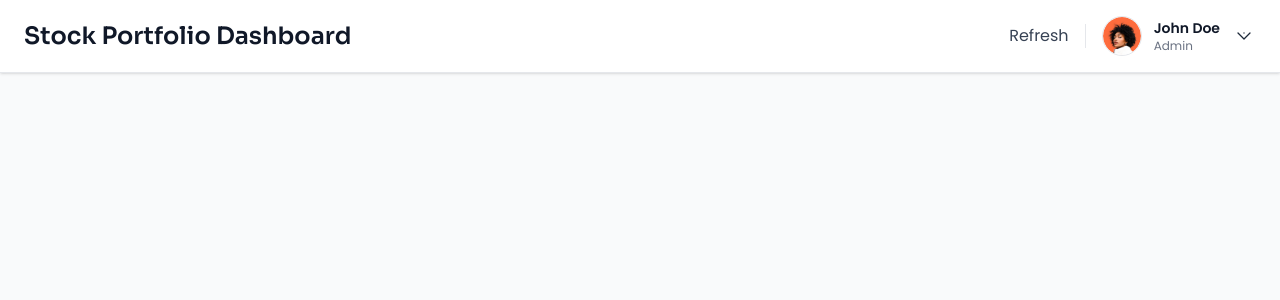
Repository: jabir12-12/inten-project
Page: /
The author's editor kept a copy of each file at every save. The page is drawn from the files as they stood at one save, then again after the next save.
The browser window is 1280 px wide. The pictures show the whole page.
The project was rebuilt for these pictures with package versions that can differ from the ones it lists, and the page was loaded fresh each time. The framework's server and built-in components were replaced by stand-ins that run in the browser. Also part of the build but not shown: next.config.ts.

Above is the page before, as saved 2025-05-17 13:22:33.

### src/pages/index.tsx
'use client';
import React, { useState } from 'react';
import Image from 'next/image';

export default function Home() {

  return (
    <div className="bg-gray-50 min-h-screen flex flex-col">
      {/* Header */}
      <header className="sticky top-0 z-10 flex justify-between px-4 md:px-6 py-3 md:py-4 bg-white border-b border-gray-200 shadow-sm items-center">
        <div className="flex items-center">
          <h1 className="text-gray-900 font-semibold text-xl md:text-2xl">Stock Portfolio Dashboard</h1>
        </div>
        <div className="flex items-center gap-2 md:gap-4">
          <button className="hidden md:block hover:text-blue-600 text-gray-700 transition-colors">
            Refresh
          </button>
          <div className="hidden md:block bg-gray-200 h-6 w-px"></div>
          <div className="flex items-center gap-2 md:gap-3 cursor-pointer  transition-colors">
            <div className="h-8 w-8 md:h-10 md:w-10 overflow-hidden rounded-full border border-gray-200">
              <Image
                src="/images/Ellipse 1534 (6).svg"
                alt="User profile"
                className="h-full w-full object-cover"
                width={40}
                height={40}
              />
            </div>
            <div className="hidden md:flex flex-col">
              <span className="text-gray-900 text-sm font-semibold">John Doe</span>
              <span className="text-gray-500 text-xs">Admin</span>
            </div>
            <Image
              src="/images/Frame (21).svg"
              alt="User profile"
              width={24}
              height={24}
            />
          </div>
        </div>
      </header>
    </div>
  );
}

### src/styles/globals.css
@import url('https://fonts.googleapis.com/css2?family=Poppins:wght@400;500;600&family=Inter:wght@400;500;600&family=Sora:wght@400;500;600;700;800&display=swap');
@import url('https://fonts.googleapis.com/css2?family=Inter:wght@400;700&display=swap');

@import "tailwindcss";

body {
  background-color: #f7f8fb;
  margin: 0;
  padding: 0;
  font-family: 'Poppins', sans-serif;
  justify-content: center;
  align-items: center;
  height: 100vh;
}

.video-js .vjs-playback-rate {
  font-size: 10px;
  transform: translateY(12px);
  /* Moves the button down by 10px */

}

.heading .head {
  font-family: 'Sora', sans-serif;
  font-size: 24px;
  /* Example size */
  font-weight: 700;
}

/* Example for other headings if needed */
h1,
h2,
h3,
h4,
h5,
h6 {
  font-family: 'Sora', sans-serif;
}

h3 {
  font-size: 18px;
  font-weight: 600;
}

/* Ensure that other text elements use Poppins */
p,
span,
div {
  font-family: 'Poppins', sans-serif;
}

.button {
  outline: none;
}

/* Custom scrollbar styles */

::-webkit-scrollbar {
  width: 7px;
  height: 7px;
}

::-webkit-scrollbar-thumb {
  background-color: rgba(234, 236, 240, 1);
  ;

  border-radius: 100px;
}

::-webkit-scrollbar-track {
  background: "white";

}

/* THIS IS FOR TEXT-EDITOR IN DISSCUSSION TAB --------------------------*/
.custom-quill .ql-container {
  border: none !important;
  /* Remove the border from the container */
}

.custom-quill .ql-editor {
  border: none !important;
  /* Ensure no border around the editor */
}

.custom-quill:focus {
  outline: none;
  /* Remove outline on focus */
}

.custom-quill .ql-editor {
  font-size: 16px;
  /* Set text size to 16px */
  font-family: 'Poppins', sans-serif;
  font-style: normal;
  /* Use the Poppins font */

}

.custom-quill .ql-editor:empty::before {

  /* Show placeholder */
  color: #667085;
  /* Placeholder color */
  font-family: 'Poppins', sans-serif;
  font-style: normal;
  /* Poppins font for placeholder */
  font-size: 16px;
  /* Placeholder size */
  position: absolute;
  /* Position it absolutely */
  left: 10px;
  /* Adjust according to your padding */
  top: 10px;
  /* Adjust according to your padding */
  pointer-events: none;
  /* Prevent interaction */
}

.custom-quill .ql-editor:focus::before {
  display: none;
  /* Hide placeholder on focus */
}

/* -------------------------------------------------- */
/* FOR TOOLTIP FOR TEST PAGE ONLY ->learn Tab */


.tooltipText {
  position: absolute;
  color: white;
  bottom: 125%;
  /* Position above the button */
  left: 50%;
  /* Center horizontally */
  transform: translateX(-50%);
  /* Adjust to center the tooltip */

  z-index: 3;
  background-color: #131313;
  box-shadow: 0 5px 10px rgba(0, 0, 0, 0.3);
  padding: 6px 14px;
  /* Padding inside the tooltip */
  width: 204px;
  /* Fixed width */
  height: auto;
  /* Hug content (height grows with content) */
  min-height: 78px;
  /* Minimum height */
  font-size: 15px;
  font-weight: 400;
  border-radius: 5px;
  white-space: normal;
  /* Allow text wrapping for longer content */
  opacity: 0;
  pointer-events: none;
  transition: all 0.4s ease;
}

.tooltip:hover .tooltipText {
  opacity: 1;
  pointer-events: auto;
  transform: translate(-50%, -10px);
  /* Move tooltip slightly up on hover */
}

.drawer-overlay {
  background-color: transparent !important;
  /* Makes the overlay transparent */
}

/* magic.module.css */
.customCheckbox input[type="checkbox"]:checked {
  background-color: #9012FF;
  border-color: #9012FF;
}

/* Add this to your global CSS file */
.ql-container .ql-editor img {
  cursor: pointer;
}

.image-resizer {
  border: 1px dashed #999;
  position: absolute;
}

.image-resizer .resize-handle {
  background-color: #fff;
  border: 1px solid #999;
  height: 8px;
  width: 8px;
  position: absolute;
}

.image-resizer .resize-handle.se {
  bottom: -5px;
  right: -5px;
  cursor: se-resize;
}

.image-resizer .resize-handle.sw {
  bottom: -5px;
  left: -5px;
  cursor: sw-resize;
}

.image-resizer .resize-handle.ne {
  top: -5px;
  right: -5px;
  cursor: ne-resize;
}

.image-resizer .resize-handle.nw {
  top: -5px;
  left: -5px;
  cursor: nw-resize;
}


@layer base {
  :root {
    --radius: 0.5rem;
    --chart-1: 12 76% 61%;
    --chart-2: 173 58% 39%;
    --chart-3: 197 37% 24%;
    --chart-4: 43 74% 66%;
    --chart-5: 27 87% 67%;
  }

  .dark {
    --chart-1: 220 70% 50%;
    --chart-2: 160 60% 45%;
    --chart-3: 30 80% 55%;
    --chart-4: 280 65% 60%;
    --chart-5: 340 75% 55%;
  }
}

Loaded but not shown: src/pages/_app.tsx (common file); src/pages/_document.tsx (common file)

After the next save:
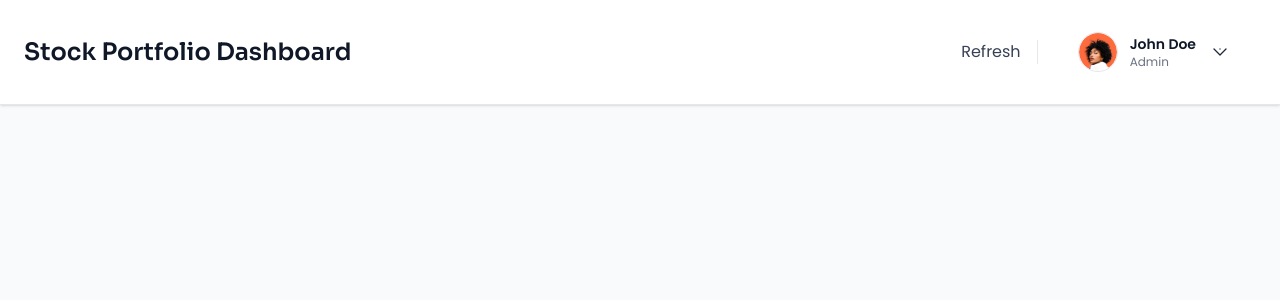
Saved 76 s later.
--- a/src/pages/index.tsx
+++ b/src/pages/index.tsx
@@ -16,7 +16,7 @@
             Refresh
           </button>
           <div className="hidden md:block bg-gray-200 h-6 w-px"></div>
-          <div className="flex items-center gap-2 md:gap-3 cursor-pointer  transition-colors">
+          <div className="flex items-center gap-2 md:gap-3 cursor-pointer px-6 py-4  hover:bg-gray-100  transition-colors">
             <div className="h-8 w-8 md:h-10 md:w-10 overflow-hidden rounded-full border border-gray-200">
               <Image
                 src="/images/Ellipse 1534 (6).svg"

After the save that followed:
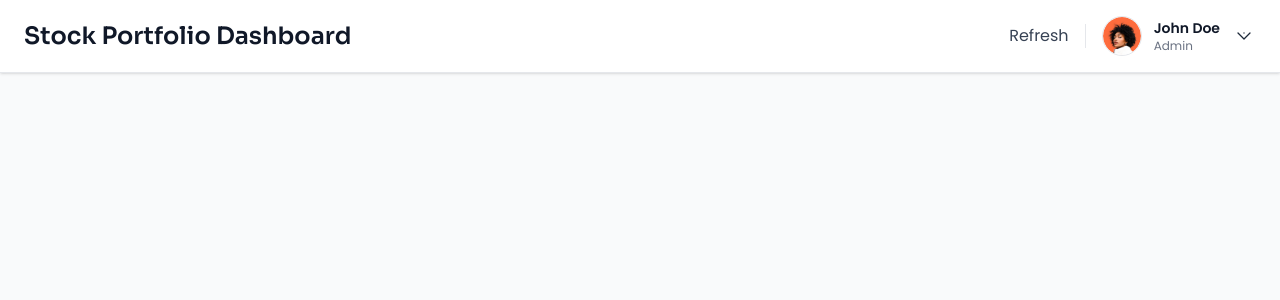
Saved 62 s later.
--- a/src/pages/index.tsx
+++ b/src/pages/index.tsx
@@ -16,7 +16,7 @@
             Refresh
           </button>
           <div className="hidden md:block bg-gray-200 h-6 w-px"></div>
-          <div className="flex items-center gap-2 md:gap-3 cursor-pointer px-6 py-4  hover:bg-gray-100  transition-colors">
+          <div className="flex items-center gap-2 md:gap-3 cursor-pointer  hover:bg-gray-100  transition-colors">
             <div className="h-8 w-8 md:h-10 md:w-10 overflow-hidden rounded-full border border-gray-200">
               <Image
                 src="/images/Ellipse 1534 (6).svg"
